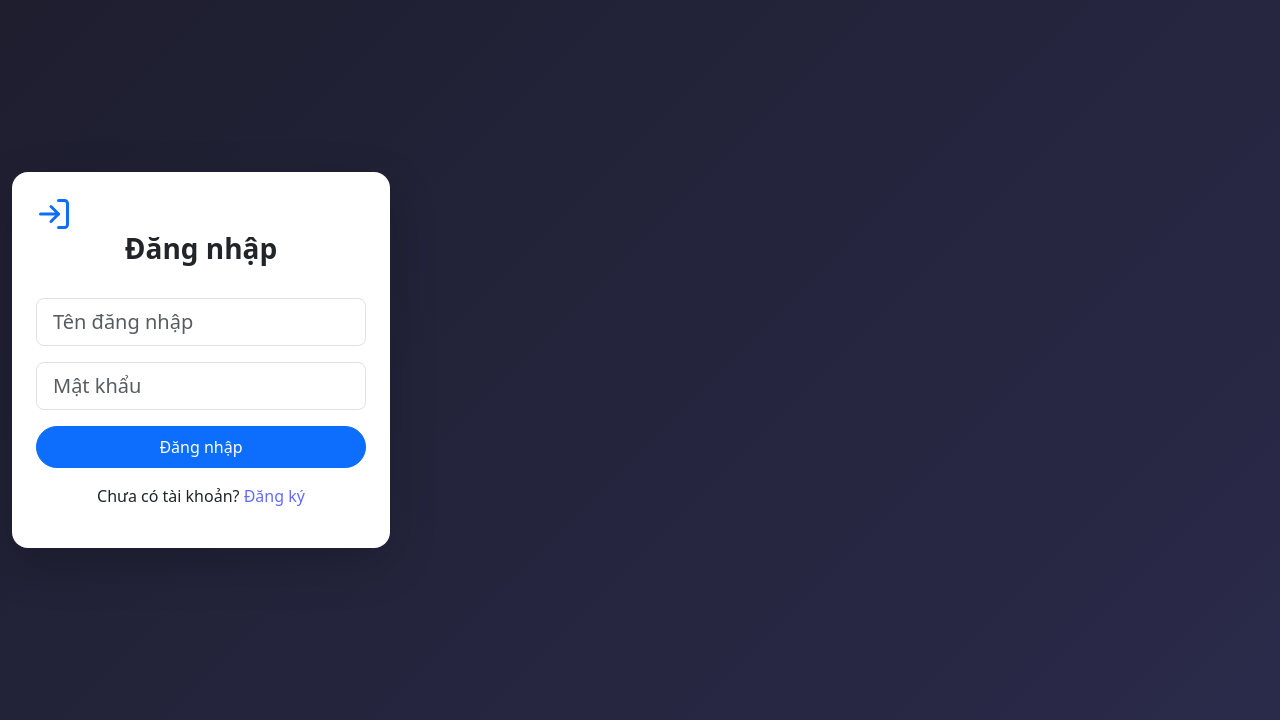
Repository: Thangvh29/WEB-tmdt
Page: /login (app in frontend/)
The author's editor kept a copy of each file at every save. The page is drawn from the files as they stood at one save, then again after the next save.
The browser window is 1280 px wide. The pictures show the whole page.
Some web libraries are served in a nearby version. The project was rebuilt for these pictures with package versions that can differ from the ones it lists, and the page was loaded fresh each time. Also part of the build but not shown: frontend/vite.config.js, frontend/src/pages/auth/Home.jsx, frontend/src/pages/auth/Register.jsx.

Above is the page before, as saved 2025-08-23 20:06:04.

### frontend/index.html
<!DOCTYPE html>
<html lang="en">
<head>
  <meta charset="UTF-8" />
  <meta name="viewport" content="width=device-width, initial-scale=1.0" />
  <title>Future Tech Store</title>
  <script src="https://cdn.tailwindcss.com"></script>
  <script src="https://cdnjs.cloudflare.com/ajax/libs/particles.js/2.0.0/particles.min.js"></script>
  <script src="https://unpkg.com/@popperjs/core@2"></script>
  <script src="https://unpkg.com/tippy.js@6"></script>
  <link href="https://fonts.googleapis.com/css2?family=Poppins:wght@400;600;700&display=swap" rel="stylesheet" />
  <style>
    body {
      font-family: 'Poppins', sans-serif;
      background: linear-gradient(135deg, #1e1e2f 0%, #2a2a4a 100%);
      color: #e0e0e0;
      min-height: 100vh;
      margin: 0;
      overflow-x: hidden;
    }
    #particles-js {
      position: fixed;
      width: 100%;
      height: 100%;
      z-index: -1;
    }
  </style>
</head>
<body>
  <div id="particles-js"></div>
  <div id="root"></div>
  <script>
    particlesJS('particles-js', {
      particles: {
        number: { value: 80, density: { enable: true, value_area: 800 } },
        color: { value: ['#00d4ff', '#7a5cff', '#ff007a'] },
        shape: { type: 'circle' },
        opacity: { value: 0.5, random: true },
        size: { value: 3, random: true },
        line_linked: { enable: true, distance: 150, color: '#ffffff', opacity: 0.2, width: 1 },
        move: { enable: true, speed: 2, direction: 'none', random: true }
      },
      interactivity: {
        detect_on: 'canvas',
        events: { onhover: { enable: true, mode: 'grab' }, onclick: { enable: true, mode: 'push' } },
        modes: { grab: { distance: 140, line_linked: { opacity: 0.5 } }, push: { particles_nb: 4 } }
      },
      retina_detect: true
    });
  </script>
</body>
</html>

### frontend/src/main.jsx
import React from "react";
import ReactDOM from "react-dom/client";
import App from "./App";
import "bootstrap/dist/css/bootstrap.min.css";
import "./index.css";
import AuthProvider from "./context/AuthProvider";
import "./index.css";

ReactDOM.createRoot(document.getElementById("root")).render(
  <React.StrictMode>
    <AuthProvider>
      <App />
    </AuthProvider>
  </React.StrictMode>
);

### frontend/src/App.jsx
import { BrowserRouter as Router, Routes, Route } from "react-router-dom";
import Home from "./pages/auth/Home";
import Login from "./pages/auth/Login";
import Register from "./pages/auth/Register";

function App() {
  return (
    <Router>
      <Routes>
        {/* Trang chủ */}
        <Route path="/" element={<Home />} />
        <Route path="/home" element={<Home />} />

        {/* Auth */}
        <Route path="/login" element={<Login />} />
        <Route path="/register" element={<Register />} />
      </Routes>
    </Router>
  );
}

export default App;

### frontend/src/index.css
:root {
  font-family: system-ui, Avenir, Helvetica, Arial, sans-serif;
  line-height: 1.5;
  font-weight: 400;

  color-scheme: light dark;
  color: rgba(255, 255, 255, 0.87);
  background-color: #242424;

  font-synthesis: none;
  text-rendering: optimizeLegibility;
  -webkit-font-smoothing: antialiased;
  -moz-osx-font-smoothing: grayscale;
}

a {
  font-weight: 500;
  color: #646cff;
  text-decoration: inherit;
}
a:hover {
  color: #535bf2;
}

body {
  margin: 0;
  display: flex;
  place-items: center;
  min-width: 320px;
  min-height: 100vh;
}

h1 {
  font-size: 3.2em;
  line-height: 1.1;
}

button {
  border-radius: 8px;
  border: 1px solid transparent;
  padding: 0.6em 1.2em;
  font-size: 1em;
  font-weight: 500;
  font-family: inherit;
  background-color: #1a1a1a;
  cursor: pointer;
  transition: border-color 0.25s;
}
button:hover {
  border-color: #646cff;
}
button:focus,
button:focus-visible {
  outline: 4px auto -webkit-focus-ring-color;
}

@media (prefers-color-scheme: light) {
  :root {
    color: #213547;
    background-color: #ffffff;
  }
  a:hover {
    color: #747bff;
  }
  button {
    background-color: #f9f9f9;
  }
}
.text-gradient {
  background: linear-gradient(90deg, #00d4ff, #7a5cff);
  -webkit-background-clip: text;
  -webkit-text-fill-color: transparent;
}

### frontend/src/context/AuthProvider.jsx
import { useState } from "react";
import AuthContext from "./AuthContext";

const AuthProvider = ({ children }) => {
  const [user, setUser] = useState(null);

  const login = (userData) => {
    setUser(userData);
    localStorage.setItem("user", JSON.stringify(userData));
  };

  const logout = () => {
    setUser(null);
    localStorage.removeItem("user");
  };

  return (
    <AuthContext.Provider value={{ user, login, logout }}>
      {children}
    </AuthContext.Provider>
  );
};

export default AuthProvider;

### frontend/src/pages/auth/Login.jsx
import React, { useState } from "react";
import { useNavigate, Link } from "react-router-dom";
import { useAuth } from "../../context/useAuth";
import { LogIn } from "lucide-react";

const Login = () => {
  const { login } = useAuth();
  const navigate = useNavigate();
  const [form, setForm] = useState({ username: "", password: "" });

  const handleSubmit = (e) => {
    e.preventDefault();
    login({ username: form.username, role: form.username === "admin" ? "admin" : "user" });
    navigate("/");
  };

  return (
    <div className="container py-5">
      <div className="card shadow-lg p-4 mx-auto border-0 rounded-4" style={{ maxWidth: "420px" }}>
        <div className="text-center mb-4">
          <LogIn size={36} className="text-primary" />
          <h3 className="fw-bold">Đăng nhập</h3>
        </div>
        <form onSubmit={handleSubmit}>
          <div className="mb-3">
            <input
              type="text"
              className="form-control form-control-lg rounded-3"
              placeholder="Tên đăng nhập"
              value={form.username}
              onChange={(e) => setForm({ ...form, username: e.target.value })}
              required
            />
          </div>
          <div className="mb-3">
            <input
              type="password"
              className="form-control form-control-lg rounded-3"
              placeholder="Mật khẩu"
              value={form.password}
              onChange={(e) => setForm({ ...form, password: e.target.value })}
              required
            />
          </div>
          <button type="submit" className="btn btn-primary w-100 rounded-pill py-2">
            Đăng nhập
          </button>
        </form>
        <p className="text-center mt-3">
          Chưa có tài khoản? <Link to="/register">Đăng ký</Link>
        </p>
      </div>
    </div>
  );
};

export default Login;

### frontend/src/context/useAuth.js
import { useContext } from "react";
import AuthContext from "./AuthContext";

export const useAuth = () => {
  const context = useContext(AuthContext);
  if (!context) {
    throw new Error("useAuth must be used within AuthProvider");
  }
  return context;
};

Loaded but not shown: frontend/src/context/AuthContext.jsx (common file)

After the next save:
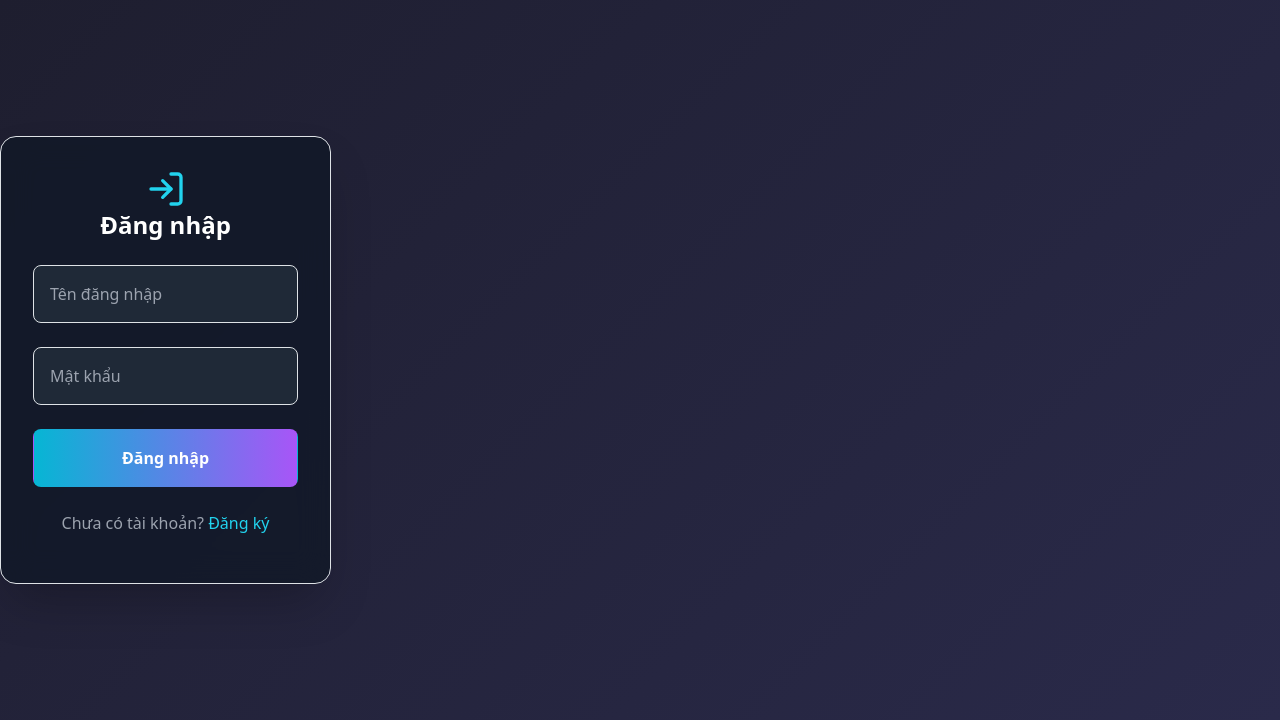
Saved 7 s later.
--- a/frontend/src/pages/auth/Login.jsx
+++ b/frontend/src/pages/auth/Login.jsx
@@ -2,6 +2,7 @@
 import { useNavigate, Link } from "react-router-dom";
 import { useAuth } from "../../context/useAuth";
 import { LogIn } from "lucide-react";
+import { motion } from "framer-motion";
 
 const Login = () => {
   const { login } = useAuth();
@@ -15,41 +16,51 @@
   };
 
   return (
-    <div className="container py-5">
-      <div className="card shadow-lg p-4 mx-auto border-0 rounded-4" style={{ maxWidth: "420px" }}>
-        <div className="text-center mb-4">
-          <LogIn size={36} className="text-primary" />
-          <h3 className="fw-bold">Đăng nhập</h3>
+    <div className="min-h-screen flex items-center justify-center py-10">
+      <motion.div
+        initial={{ opacity: 0, y: 20 }}
+        animate={{ opacity: 1, y: 0 }}
+        transition={{ duration: 0.5 }}
+        className="bg-gray-900/80 backdrop-blur-lg p-8 rounded-2xl shadow-2xl max-w-md w-full border border-gray-700"
+      >
+        <div className="text-center mb-6">
+          <LogIn size={40} className="text-cyan-400 mx-auto" />
+          <h3 className="text-2xl font-bold text-white">Đăng nhập</h3>
         </div>
         <form onSubmit={handleSubmit}>
-          <div className="mb-3">
+          <div className="mb-4">
             <input
               type="text"
-              className="form-control form-control-lg rounded-3"
+              className="w-full p-3 bg-gray-800 text-white border border-gray-600 rounded-lg focus:outline-none focus:ring-2 focus:ring-cyan-400"
               placeholder="Tên đăng nhập"
               value={form.username}
               onChange={(e) => setForm({ ...form, username: e.target.value })}
               required
             />
           </div>
-          <div className="mb-3">
+          <div className="mb-6">
             <input
               type="password"
-              className="form-control form-control-lg rounded-3"
+              className="w-full p-3 bg-gray-800 text-white border border-gray-600 rounded-lg focus:outline-none focus:ring-2 focus:ring-cyan-400"
               placeholder="Mật khẩu"
               value={form.password}
               onChange={(e) => setForm({ ...form, password: e.target.value })}
               required
             />
           </div>
-          <button type="submit" className="btn btn-primary w-100 rounded-pill py-2">
+          <motion.button
+            whileHover={{ scale: 1.05 }}
+            whileTap={{ scale: 0.95 }}
+            type="submit"
+            className="w-full bg-gradient-to-r from-cyan-500 to-purple-500 text-white py-3 rounded-lg font-semibold"
+          >
             Đăng nhập
-          </button>
+          </motion.button>
         </form>
-        <p className="text-center mt-3">
-          Chưa có tài khoản? <Link to="/register">Đăng ký</Link>
+        <p className="text-center mt-4 text-gray-400">
+          Chưa có tài khoản? <Link to="/register" className="text-cyan-400 hover:text-cyan-300">Đăng ký</Link>
         </p>
-      </div>
+      </motion.div>
     </div>
   );
 };
